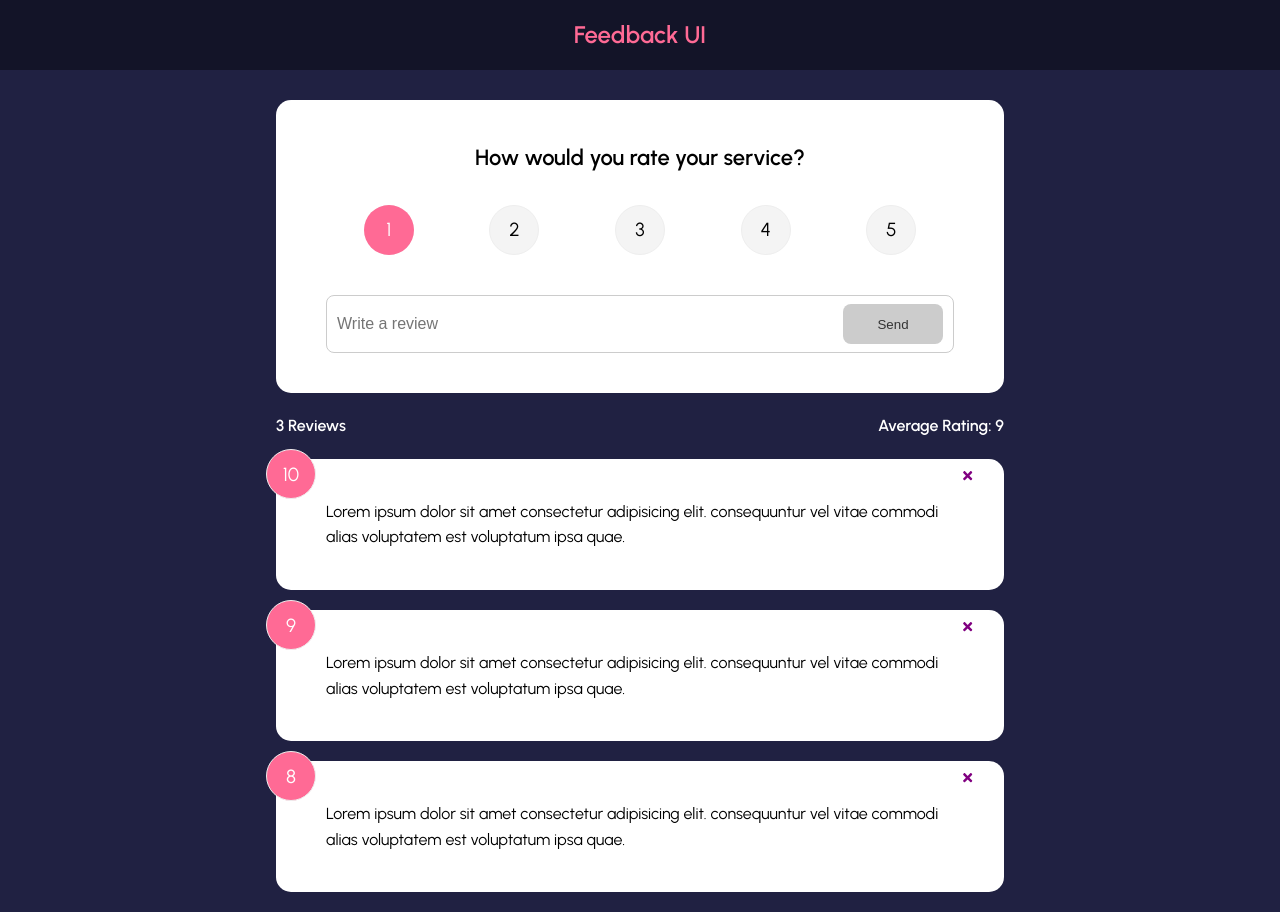
Repository: Vasil1001/feedback-project-react
Page: /
These files come from the project's save history. The page is drawn as it stood at one moment and after a run of saves; the edit follows.
The browser window is 1280 px wide. The pictures show the whole page.
The project was rebuilt for these pictures with package versions that can differ from the ones it lists, and the page was loaded fresh each time. Also part of the build but not shown: vite.config.js.

Above is the page before, as saved 2022-12-29 18:52:02.

### src/App.jsx
import { useState } from 'react'
import { v4 as uuidv4 } from 'uuid'
import { motion, AnimatePresence } from 'framer-motion'
import './App.css'
import FeedbackForm from './components/FeedbackForm'
import FeedbackList from './components/FeedbackList'
import FeedbackStats from './components/FeedbackStats'
import Header from './components/Header'
import FeedbackData from './data/FeedbackData'

function App() {
  const [feedback, setFeedback] = useState(FeedbackData)

  const addFeedback = (newFeedback) => {
    newFeedback.id = uuidv4()
    setFeedback([newFeedback, ...feedback])
  }
  const deleteFeedback = (id) => {
    if (window.confirm('Are you sure you want to delete')) {
      setFeedback(feedback.filter((item) => item.id !== id)) //return array without the item we deleted
    }
  }

  return (
    <div>
      <Header />
      <div className="container">
        <FeedbackForm
          handleAdd={addFeedback} />

        <FeedbackStats
          feedback={feedback} />

        <FeedbackList
          feedback={feedback}
          handleDelete={deleteFeedback}
        />
      </div>
    </div>
  )
}

export default App

### src/App.css
@import url('https://fonts.googleapis.com/css2?family=Poppins:wght@400;600;700&display=swap');
@import url('https://fonts.googleapis.com/css2?family=DM+Sans:wght@400;700&family=Roboto+Condensed:wght@300;400;700&family=Urbanist:wght@100;300;400;600&display=swap');
* {
  box-sizing: border-box;
  margin: 0;
  padding: 0;
}

body {
  font-family: 'Urbanist', sans-serif;
  background-color: #202142;
  color: #fff;
  line-height: 1.6;
}

ul {
  list-style: none;
}

.container {
  max-width: 768px;
  margin: auto;
  padding: 0 20px;
}

header {
  height: 70px;
  width: 100%;
  display: flex;
  justify-content: space-between;
  align-items: center;
  margin-bottom: 30px;
}

.card {
  background-color: #fff;
  color: #333;
  border-radius: 15px;
  padding: 40px 50px;
  margin: 20px 0;
  position: relative;
}

.card.reverse {
  background-color: rgba(0, 0, 0, 0.4);
  color: #fff;
}

.card h2 {
  font-size: 22px;
  font-weight: 600;
  text-align: center;
}

.rating {
  display: flex;
  align-items: center;
  justify-content: space-around;
  margin: 30px 0 40px;
}

.rating li,
.num-display {
  position: relative;
  background: #f4f4f4;
  width: 50px;
  height: 50px;
  padding: 10px;
  text-align: center;
  border-radius: 50%;
  font-size: 19px;
  border: 1px #eee solid;
  transition: 0.3s;
}

.rating li label {
  position: absolute;
  top: 50%;
  left: 50%;
  width: 50px;
  height: 50px;
  padding: 10px;
  border-radius: 50%;
  transform: translate(-50%, -50%);
  cursor: pointer;
}

.rating li:hover,
.num-display {
  background: #ff6a95;
  color: #fff;
}

[type='radio'] {
  opacity: 0;
}

[type='radio']:checked ~ label {
  background: #ff6a95;
  color: #fff;
}

.input-group {
  display: flex;
  flex-direction: row;
  border: 1px solid #ccc;
  padding: 8px 10px;
  border-radius: 8px;
}

input {
  flex-grow: 2;
  border: none;
  font-size: 16px;
}

input:focus {
  outline: none;
}

.feedback-stats {
  color: #fff;
  display: flex;
  justify-content: space-between;
  align-items: center;
}

.num-display {
  position: absolute;
  top: -10px;
  left: -10px;
}

.close,
.edit {
  position: absolute;
  top: 10px;
  right: 30px;
  cursor: pointer;
  background: none;
  border: none;
}

.edit {
  right: 40px;
}

.btn {
  color: #fff;
  border: 0;
  border-radius: 8px;
  color: #fff;
  width: 100px;
  height: 40px;
  cursor: pointer;
}

.btn-primary {
  background-color: #202142;
}

.btn-secondary {
  background: #ff6a95;
}

.btn:hover {
  transform: scale(0.98);
  opacity: 0.9;
}

.btn:disabled {
  background-color: #cccccc;
  color: #333;
  cursor: auto;
}

.btn:disabled:hover {
  transform: scale(1);
  opacity: 1;
}

.message {
  padding-top: 10px;
  text-align: center;
  color: rebeccapurple;
}

/* FIX: Remove position: absolute to keep about icon at the bottom of the
 * document */
.about-link {
  display: flex;
  justify-content: flex-end;
}

/* FIX: Remove position: absolute to keep about icon at the bottom of the
 * document */
.about-link a {
  color: #fff;
  cursor: pointer;
}

.about-link a:hover {
  color: #ff6a95;
}

.about h1 {
  margin-bottom: 20px;
}

.about p {
  margin: 10px 0;
}

@media (max-width: 600px) {
  .rating li {
    margin: 10px 3px;
  }

  .rating {
    display: flex;
    align-items: center;
    justify-content: center;
    flex-wrap: wrap;
    margin: 30px 0 40px;
  }

  .input-group input {
    width: 80%;
  }
}

### src/components/FeedbackForm.jsx
import React, { useState } from 'react'
import RatingSelect from './RatingSelect'
import Button from './shared/Button'
import Card from './shared/Card'

export default function FeedbackForm({ handleAdd }) {
    const [text, setText] = useState('')
    const [rating, setRating] = useState(10)
    const [btnDisabled, setBtnDisabled] = useState(true)
    const [message, setMessage] = useState('')


    const handleTextChange = (e) => {
        if (text === "") {
            setBtnDisabled(true)
            setMessage(null)
        } else if (text !== "" && text.trim().length <= 10) {
            setMessage("Text must be at least 10 characters long")
            setBtnDisabled(true)
        } else {
            setMessage(null)
            setBtnDisabled(false)
        }
        setText(e.target.value)
    }

    const handleSubmit = (e) => {
        e.preventDefault()
        if(text.trim().length > 10) {
            const newFeedback = {
                text,
                rating
            }
            handleAdd(newFeedback);
            setText('')
        }
    }
    return (
        <Card>
            <form onSubmit={handleSubmit}>
                <h2>How would you rate your service?</h2>
                <RatingSelect select={(rating) => setRating(rating)}/>
                <div className="input-group">
                    <input
                        onChange={handleTextChange}
                        type="text"
                        placeholder="Write a review"
                        value={text}
                    />
                    <Button type="submit" isDisabled={btnDisabled}>Send</Button>
                </div>
                {message && <div className="message">{message}</div>}
            </form>
        </Card>
    )
}

### src/components/FeedbackList.jsx
import React from 'react'
import FeedbackItem from './FeedbackItem'
import PropTypes from 'prop-types'
import { AnimatePresence, motion } from 'framer-motion'

export default function FeedbackList({ feedback, handleDelete }) {

    return (
        <div className="feedback-list">
            <AnimatePresence>
                {feedback.length > 0 ? feedback.map((item) => (
                    <motion.div
                        key={item.id}
                        initial={{opacity: 0}}
                        animate={{opacity: 1}}
                        exit={{opacity: 0}}
                        >
                        <FeedbackItem key={item.id} item={item}
                            handleDelete={handleDelete} />
                    </motion.div>
                ))
                    : <p>No feedback yet</p>}
            </AnimatePresence>
        </div>
    )
    // return (
    //     <div className="feedback-list">
    //         {feedback.length > 0 ? feedback.map((item) => (
    //             <FeedbackItem key={item.id} item={item}
    //             handleDelete={handleDelete} />
    //         ))
    //             : <p>No feedback yet</p>}
    //     </div>
    // )
}

FeedbackList.propTypes = {
    feedback: PropTypes.arrayOf(
        PropTypes.shape({
            id: PropTypes.number.isRequired,
            text: PropTypes.string.isRequired,
            rating: PropTypes.number.isRequired
        })
    ),
}

### src/components/FeedbackStats.jsx
import React from 'react'
import PropTypes from 'prop-types'

function FeedbackStats({ feedback }) {
    //calculate ratings average
    let average = feedback.reduce((acc, cur) => {
        return acc + cur.rating
    }, 0) / feedback.length

    average = average.toFixed(1).replace(/[.,]0$/, '')
    console.log(average);
    return (
        <div className="feedback-stats">
            <h4>{feedback.length} Reviews</h4>
            <h4>Average Rating: {isNaN(average) ? 0 : average}</h4>
        </div>
    )
}

FeedbackStats.PropTypes = {
    feedback: PropTypes.array.isRequired
}
export default FeedbackStats

### src/components/Header.jsx
import React from 'react'

function Header({ text }) {
    return (
        <header style={{backgroundColor: 'rgba(0,0,0,0.4', color: '#ff6a95'}}>
            <div className="container">
                <h2>{text}</h2>
            </div>
        </header>
    )
}
Header.defaultProps = {
    text: 'Feedback UI',
}
export default Header

### src/components/RatingSelect.jsx
import React, { useState } from 'react'

export default function RatingSelect({ select }) {
    const [selected, setSelected] = useState(1)

    const handleChange = (e) => {
        setSelected(+e.currentTarget.value)
        select(+e.currentTarget.value)
    }

    return (
        <ul className="rating">
            <li>
                <input type="radio"
                    id="num1"
                    name="rating"
                    value="1"
                    onChange={handleChange}
                    checked={selected === 1}
                />
                <label htmlFor="num1">1</label>
            </li>
            <li>
                <input type="radio"
                    id="num2"
                    name="rating"
                    value="2"
                    onChange={handleChange}
                    checked={selected === 2}
                />
                <label htmlFor="num2">2</label>
            </li>
            <li>
                <input type="radio"
                    id="num3"
                    name="rating"
                    value="3"
                    onChange={handleChange}
                    checked={selected === 3}
                />
                <label htmlFor="num3">3</label>
            </li>
            <li>
                <input type="radio"
                    id="num4"
                    name="rating"
                    value="4"
                    onChange={handleChange}
                    checked={selected === 4}
                />
                <label htmlFor="num4">4</label>
            </li>
            <li>
                <input type="radio"
                    id="num5"
                    name="rating"
                    value="5"
                    onChange={handleChange}
                    checked={selected === 5}
                />
                <label htmlFor="num5">5</label>
            </li>
        </ul>
    )
}

### src/components/shared/Button.jsx
import React from 'react'
import PropTypes from 'prop-types'

export default function Button({children, version, type, isDisabled}) {
  return (
    <button type={type} disabled={isDisabled} className={`btn btn-${version}`}>
        {children}
    </button>
  )
}

Button.defaultProps = {
    version: 'primary',
    type: 'button',
    isDisabled: false
}

Button.PropTypes = {
    children: PropTypes.node.isRequired,
    version: PropTypes.string,
    type: PropTypes.string,
    isDisabled: PropTypes.bool,
}

### src/components/shared/Card.jsx
import React from 'react'
import PropTypes from 'prop-types'

function Card({ children, reverse }) {
    return (
        <div className="card" style={{ backgroundColor: reverse ? 'rgba(0,0,0,0.4' : '#fff', color: reverse ? '#fff' : '#000' }}>
            {children}
        </div>
    )
}

Card.defaultProps = {
    reverse: false,
}

Card.propTypes = {
    children: PropTypes.node.isRequired,
    reverse: PropTypes.bool
}
export default Card

### src/components/FeedbackItem.jsx
import React, { useState } from 'react'
import PropTypes from 'prop-types'
import Card from './shared/Card'
import { FaTimes } from 'react-icons/fa'

function FeedbackItem({ item, handleDelete }) {

    return (
        <Card>
            <div className="num-display">{item.rating}</div>
            <button onClick={() => handleDelete(item.id)}
            className="close">
                <FaTimes color='purple'/>
            </button>
            <div className="text-display">{item.text}</div>
        </Card>
    )
}

FeedbackItem.propTypes = {
    item: PropTypes.object.isRequired
}

export default FeedbackItem

### src/pages/AboutPage.jsx
import React from 'react'

export default function AboutPage() {
    return (
        <div>
            AboutPage
        </div>
    )
}

Loaded but not shown: index.html (common file); src/main.jsx (common file); src/data/FeedbackData.jsx (common file)

After the next 3 saves:
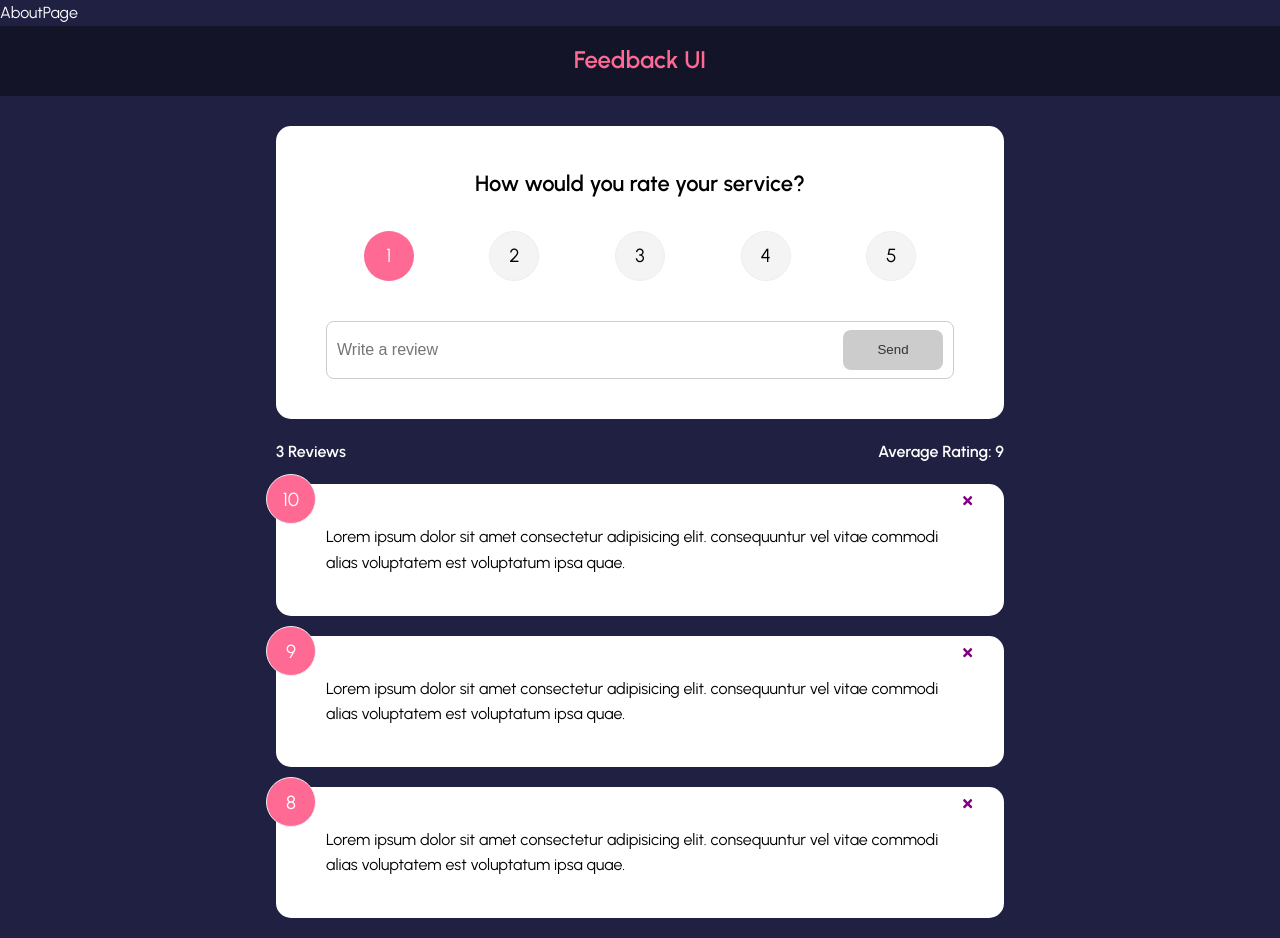
The 3 saves are shown as one change because 1 did not build or start and some came seconds apart.
The last was saved 14 s later.
--- a/src/App.jsx
+++ b/src/App.jsx
@@ -7,6 +7,7 @@
 import FeedbackStats from './components/FeedbackStats'
 import Header from './components/Header'
 import FeedbackData from './data/FeedbackData'
+import AboutPage from './pages/AboutPage'
 
 function App() {
   const [feedback, setFeedback] = useState(FeedbackData)
@@ -23,6 +24,7 @@
 
   return (
     <div>
+      <AboutPage />
       <Header />
       <div className="container">
         <FeedbackForm

After the save that followed:
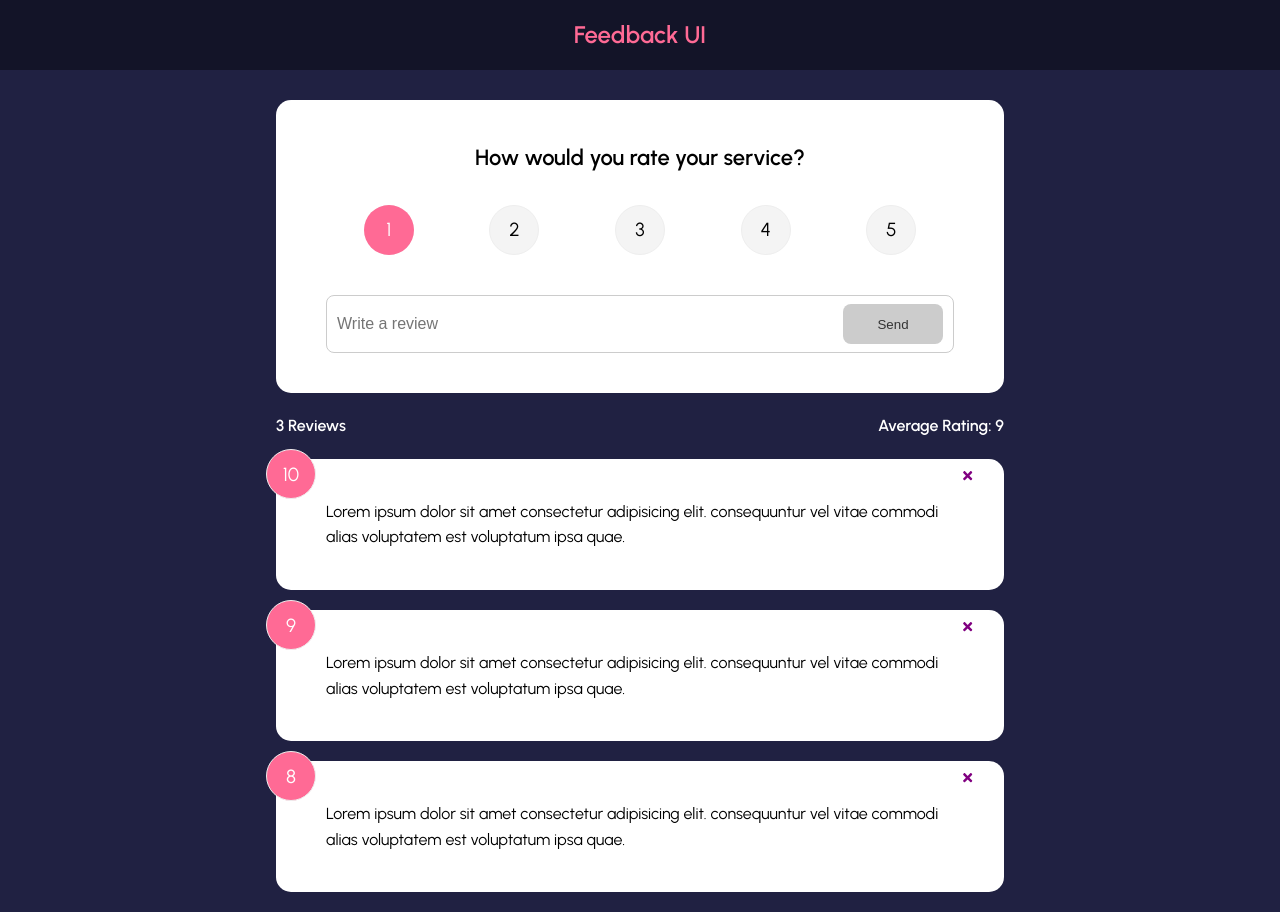
Saved 9 s later.
--- a/src/App.jsx
+++ b/src/App.jsx
@@ -24,7 +24,6 @@
 
   return (
     <div>
-      <AboutPage />
       <Header />
       <div className="container">
         <FeedbackForm
